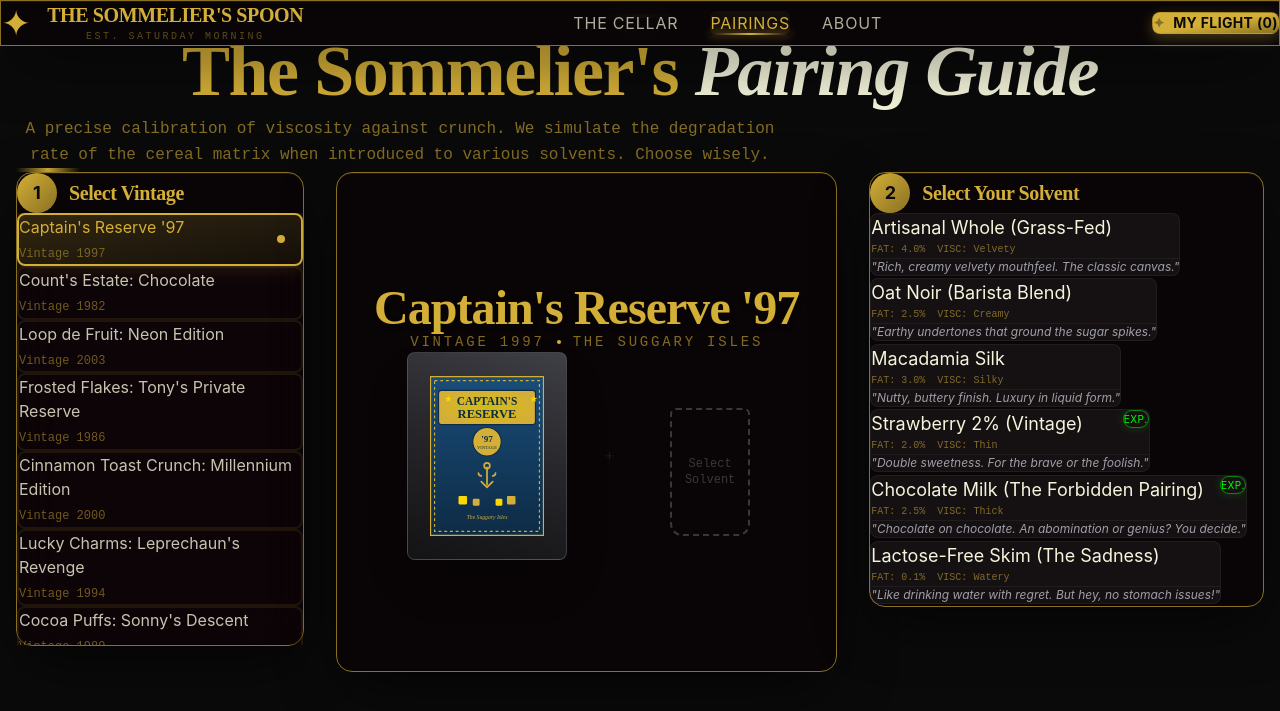
Repository: forbiddenlink/cereal-tasting
Page: /, after clicking the first element matching `div.hidden > :nth-child(2)`
These files come from the project's save history. The page is drawn as it stood at one moment and after the next save; the edit follows.
The browser window is 1280 px wide. The pictures show the whole page.
The project was rebuilt for these pictures with package versions that can differ from the ones it lists, and the page was loaded fresh each time. Also part of the build but not shown: vite.config.ts, src/pages/About.tsx, src/components/FloatingCart.tsx.

Above is the page before, as saved 2026-01-27 18:43:56.

After the next save:
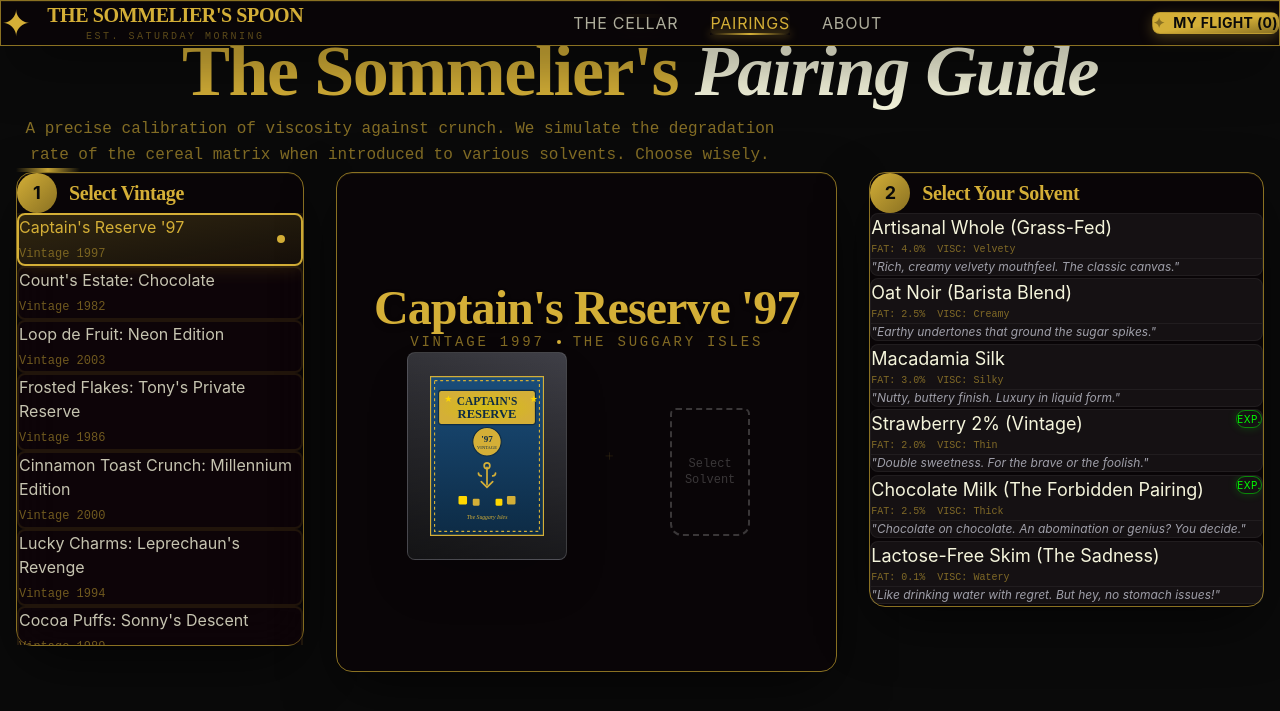
Saved 5 s later.
--- a/src/components/MilkSelector.tsx
+++ b/src/components/MilkSelector.tsx
@@ -15,7 +15,7 @@
                         key={milk.id}
                         onClick={() => onSelect(milk)}
                         className={`
-                            group relative p-6 rounded-lg text-left transition-all duration-500 overflow-hidden
+                            w-full group relative p-6 rounded-lg text-left transition-all duration-500 overflow-hidden
                             ${selectedMilkId === milk.id
                                 ? 'bg-gradient-to-r from-merlot to-merlot-dark border border-gold shadow-[0_0_20px_rgba(212,175,55,0.2)]'
                                 : 'bg-white/5 border border-white/5 hover:border-gold/30 hover:bg-white/10'}
